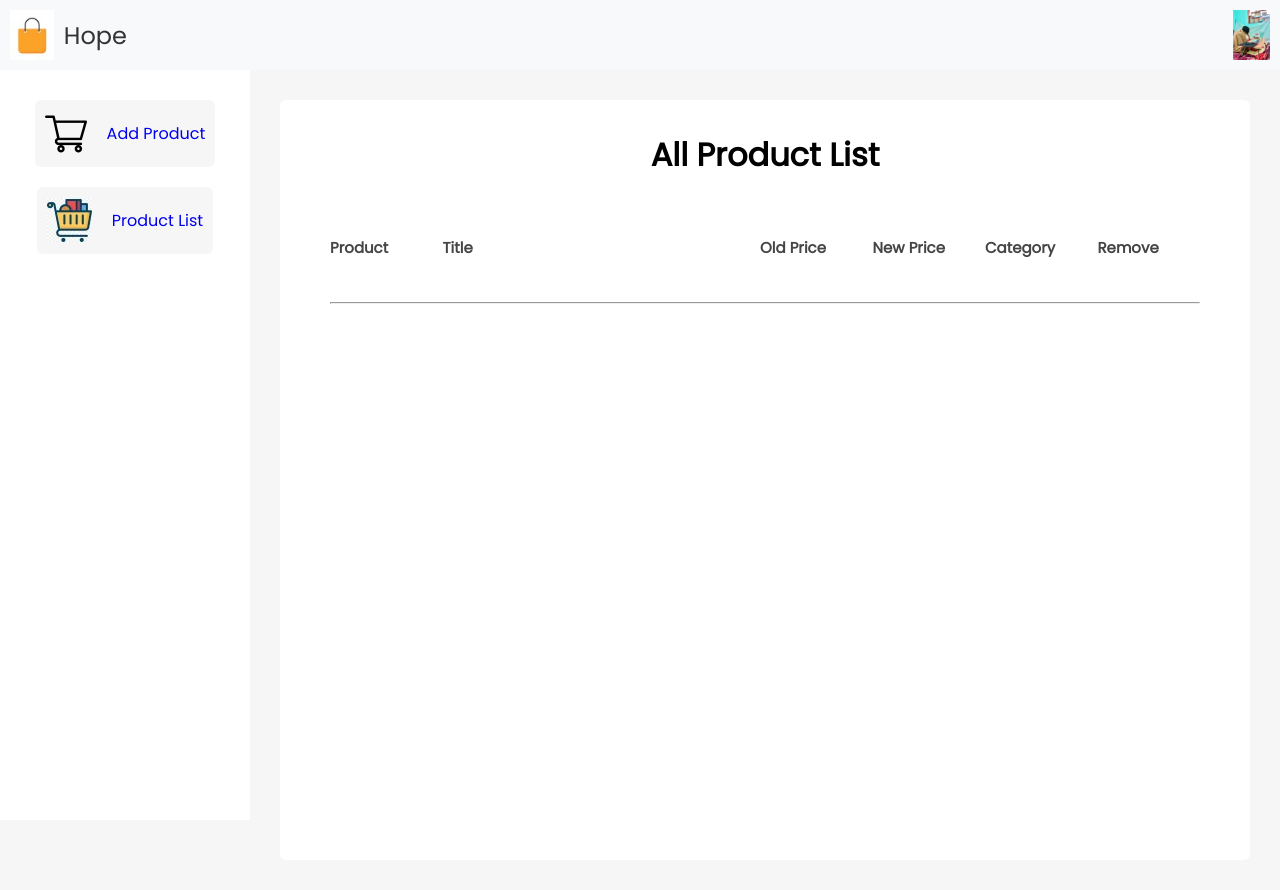
Repository: ititiu20201/Shopping-Online
Page: /listproduct (app in admin/)
The author's editor kept a copy of each file at every save. The page is drawn from the files as they stood at one save, then again after a run of saves.
The browser window is 1280 px wide. The pictures show the whole page.
The page's requests for data from a server got no answer. The project was rebuilt for these pictures with package versions that can differ from the ones it lists, and the page was loaded fresh each time. No one was signed in, and anything a server would have sent is missing. Also part of the build but not shown: Admin/vite.config.js, admin/src/Components/Addproduct/Addproduct.css, admin/src/Components/Addproduct/Addproduct.jsx.

Above is the page before, as saved 2024-06-19 02:04:56.

### admin/index.html
<!DOCTYPE html>
<html lang="en">
  <head>
    <meta charset="UTF-8" />
    <link rel="icon" type="image/svg+xml" href="/vite.svg" />
    <link rel="preconnect" href="https://fonts.googleapis.com" />
    <link rel="preconnect" href="https://fonts.gstatic.com" crossorigin />
    <link
      href="https://fonts.googleapis.com/css2?family=Poppins&display=swap"
      rel="stylesheet"
    />
    <meta name="viewport" content="width=device-width, initial-scale=1.0" />
    <title>Admin Panel</title>
  </head>
  <body>
    <div id="root"></div>
    <script type="module" src="/src/main.jsx"></script>
  </body>
</html>

### admin/src/App.jsx
// import { useState } from 'react'
// import reactLogo from './assets/react.svg'
// import viteLogo from '/vite.svg'
// import './App.css'
//import React from 'react'
import Navbar from "./Components/Navbar/Navbar";
import Admin from "./Pages/Admin/Admin";

const App = () => {
  return (
    <div>
      <Navbar />
      <Admin />
    </div>
  );
};
export default App;

### admin/src/index.css
body {
  margin: 0;
  font-family: "Poppins";
  background-color: #f6f6f6;
  height: 100vh;
}

### admin/src/Components/Navbar/Navbar.jsx
import "./Navbar.css";
import navlogo from "../../assets/Screenshot 2024-06-18 at 18.22.25.jpg";
import navProfile from "../../assets/Huy ngu.jpg";

const Navbar = () => {
  return (
    <div className="navbar">
      <img src={navlogo} alt="Logo" className="nav-logo" />
      <p>Hope</p>
      <img src={navProfile} alt="Profile" className="nav-profile" />
    </div>
  );
};

export default Navbar;

### admin/src/Pages/Admin/Admin.jsx
import "./Admin.css";
import Sidebar from "../../Components/Sidebar/Sidebar";
import { Routes, Route } from "react-router-dom";
import Addproduct from "../../Components/Addproduct/Addproduct";
import Listproduct from "../../Components/Listproduct/Listproduct";

const Admin = () => {
  return (
    <div className="admin">
      <Sidebar />
      <Routes>
        <Route path="/addproduct" element={<Addproduct />} />
        <Route path="/listproduct" element={<Listproduct />} />
      </Routes>
    </div>
  );
};
export default Admin;

### admin/src/Components/Navbar/Navbar.css
.navbar {
  display: flex;
  align-items: center;
  padding: 10px;
  background-color: #f8f9fa;
}

.nav-logo {
  height: 50px;
  margin-right: 10px;
}

.nav-profile {
  height: 50px;
  margin-left: auto;
}

.navbar p {
  margin: 0;
  font-size: 1.5em;
  color: #333;
}

@media (max-width: 800px) {
  .navbar {
    padding: 15px 30px;
  }

  .nav-logo {
    width: 150px;
  }

  .nav-profile {
    width: 60px;
  }
}

### admin/src/Components/Sidebar/Sidebar.jsx
import "./Sidebar.css";
import { Link } from "react-router-dom";
import add_Product_icon from "../../assets/cart_icon.png";
import list_product_icon from "../../assets/png-clipart-computer-icons-online-shopping-shopping-cart-service-shopping-cart-icon-text-service-thumbnail (2).jpg";

const Sidebar = () => {
  return (
    <div className="sidebar">
      <Link to={"/addproduct"} style={{ textDecoration: "none" }}>
        <div className="sidebar-item">
          <img src={add_Product_icon} alt="" />
          <p>Add Product</p>
        </div>
      </Link>
      <Link to={"/listproduct"} style={{ textDecoration: "none" }}>
        <div className="sidebar-item">
          <img src={list_product_icon} alt="" />
          <p>Product List</p>
        </div>
      </Link>
    </div>
  );
};
export default Sidebar;

### admin/src/Components/Listproduct/Listproduct.jsx
import { useEffect, useState } from "react";
import "./Listproduct.css";
import cross_icon from "../../assets/cart_cross_icon.png";

const Listproduct = () => {
  const [allproducts, setAllProducts] = useState([]);

  const fetchInfo = async () => {
    await fetch("http://localhost:4000/allproducts")
      .then((res) => res.json())
      .then((data) => {
        setAllProducts(data);
      });
  };

  useEffect(() => {
    fetchInfo();
  }, []);

  return (
    <div className="list-product">
      <h1>All Product List</h1>
      <div className="listproduct-format-main">
        <p>Product</p>
        <p>Title</p>
        <p>Old Price</p>
        <p>New Price</p>
        <p>Category</p>
        <p>Remove</p>
      </div>
      <div className="listproduct-allproducts">
        <hr />
        {allproducts.map((product, index) => {
          return (
            <>
              <div
                key={index}
                className="listproduct-format-main listproduct-format"
              >
                <img
                  src={product.image}
                  alt=""
                  className="listproduct-product-icon"
                />
                <p>{product.name}</p>
                <p>${product.old_price}</p>
                <p>${product.new_price}</p>
                <p>{product.category}</p>
                <img
                  className="listproduct-remove-icon"
                  src={cross_icon}
                  alt="Remove"
                />
              </div>
              <hr />
            </>
          );
        })}
      </div>
    </div>
  );
};

export default Listproduct;

### admin/src/Components/Sidebar/Sidebar.css
.sidebar {
  display: flex;
  flex-direction: column;
  padding-top: 30px;
  gap: 20px;
  width: 100%;
  max-width: 250px;
  height: 100vh;
  background: white;
}
.sidebar-item {
  display: flex;
  align-items: center;
  justify-self: center;
  margin: 0px 20px;
  padding: 5px 10px;
  border-radius: 6px;
  background: #f6f6f6;
  gap: 20px;
  cursor: pointer;
}
@media (max-width: 800px) {
  .sidebar {
    padding: 30px 0px;
    flex-direction: row;
    width: 100%;
    max-width: none;
    height: auto;
    justify-content: center;
  }
}

### admin/src/Components/Listproduct/Listproduct.css
.list-product {
  display: flex;
  flex-direction: column;
  align-items: center;
  width: 100%;
  height: 740px;
  padding: 10px 50px;
  margin: 30px;
  border-radius: 6px;
  background: white;
}

.listproduct-format-main {
  display: grid;
  grid-template-columns: 1fr 3fr 1fr 1fr 1fr 1fr;
  gap: 10px;
  width: 100%;
  padding: 20px 0px;
  color: #454545;
  font-size: 15px;
  font-weight: 600;
}

.listproduct-format {
  align-items: center;
  font-weight: 500;
}

.listproduct-product-icon {
  height: 80px;
}

.listproduct-remove-icon {
  height: 24px; /* Adjust the height */
  width: 24px; /* Adjust the width */
  cursor: pointer;
  margin: auto;
}

.listproduct-allproducts {
  overflow-y: auto;
  height: 500px; /* Adjust the height as needed */
  width: 100%; /* Ensure the width fits within the container */
}

@media (max-width: 800px) {
  .list-product {
    box-sizing: border-box;
    width: 95%;
    height: 100%;
    padding: 10px 30px;
    margin: 20px auto;
  }
  .listproduct-format-main {
    padding: 15px 0px;
    color: #454545;
    font-size: 12px;
  }
  .listproduct-product-icon {
    height: 60px;
  }
}

Loaded but not shown: admin/src/main.jsx (common file); admin/src/Pages/Admin/Admin.css (common file)

After the next 3 saves:
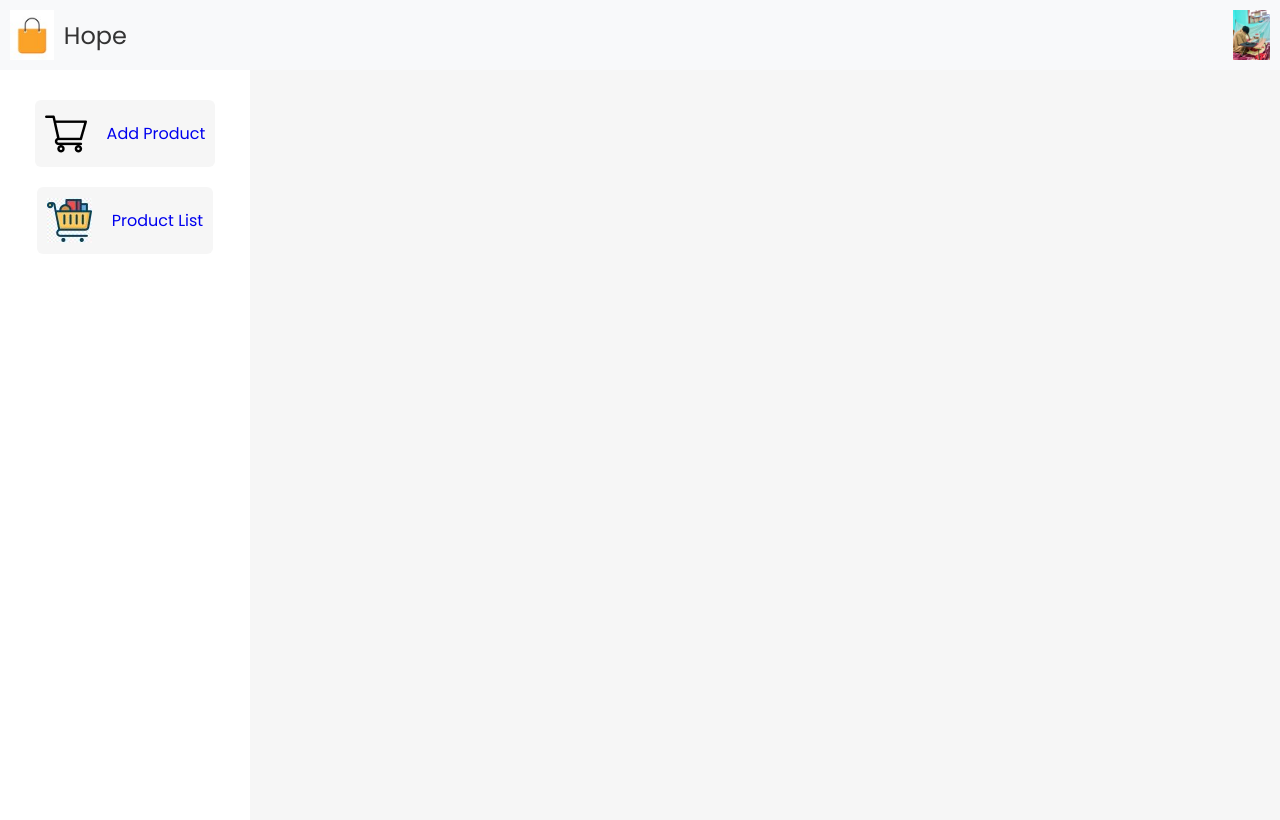
The 3 saves are shown as one change because 2 did not build or start.
The last was saved 8 min 41 s later.
--- a/admin/src/Components/Listproduct/Listproduct.jsx
+++ b/admin/src/Components/Listproduct/Listproduct.jsx
@@ -17,48 +17,63 @@
     fetchInfo();
   }, []);
 
-  return (
-    <div className="list-product">
-      <h1>All Product List</h1>
-      <div className="listproduct-format-main">
-        <p>Product</p>
-        <p>Title</p>
-        <p>Old Price</p>
-        <p>New Price</p>
-        <p>Category</p>
-        <p>Remove</p>
+  const remove_product = async () => {
+    await fetch("http://localhost/4000/removeproduct", {
+      method: "POST",
+      header: {
+        Accept: "application/json",
+        "content-Type": "application/json",
+      },
+      body: JSON.stringify({ id: id }),
+    });
+
+    await fetchInfo();
+
+    return (
+      <div className="list-product">
+        <h1>All Product List</h1>
+        <div className="listproduct-format-main">
+          <p>Product</p>
+          <p>Title</p>
+          <p>Old Price</p>
+          <p>New Price</p>
+          <p>Category</p>
+          <p>Remove</p>
+        </div>
+        <div className="listproduct-allproducts">
+          <hr />
+          {allproducts.map((product, index) => {
+            return (
+              <>
+                <div
+                  key={index}
+                  className="listproduct-format-main listproduct-format"
+                >
+                  <img
+                    src={product.image}
+                    alt=""
+                    className="listproduct-product-icon"
+                  />
+                  <p>{product.name}</p>
+                  <p>${product.old_price}</p>
+                  <p>${product.new_price}</p>
+                  <p>{product.category}</p>
+                  <img
+                    onClick={() => {
+                      remove_product(product.id);
+                    }}
+                    className="listproduct-remove-icon"
+                    src={cross_icon}
+                    alt="Remove"
+                  />
+                </div>
+                <hr />
+              </>
+            );
+          })}
+        </div>
       </div>
-      <div className="listproduct-allproducts">
-        <hr />
-        {allproducts.map((product, index) => {
-          return (
-            <>
-              <div
-                key={index}
-                className="listproduct-format-main listproduct-format"
-              >
-                <img
-                  src={product.image}
-                  alt=""
-                  className="listproduct-product-icon"
-                />
-                <p>{product.name}</p>
-                <p>${product.old_price}</p>
-                <p>${product.new_price}</p>
-                <p>{product.category}</p>
-                <img
-                  className="listproduct-remove-icon"
-                  src={cross_icon}
-                  alt="Remove"
-                />
-              </div>
-              <hr />
-            </>
-          );
-        })}
-      </div>
-    </div>
-  );
+    );
+  };
 };
-
 export default Listproduct;

After the save that followed:
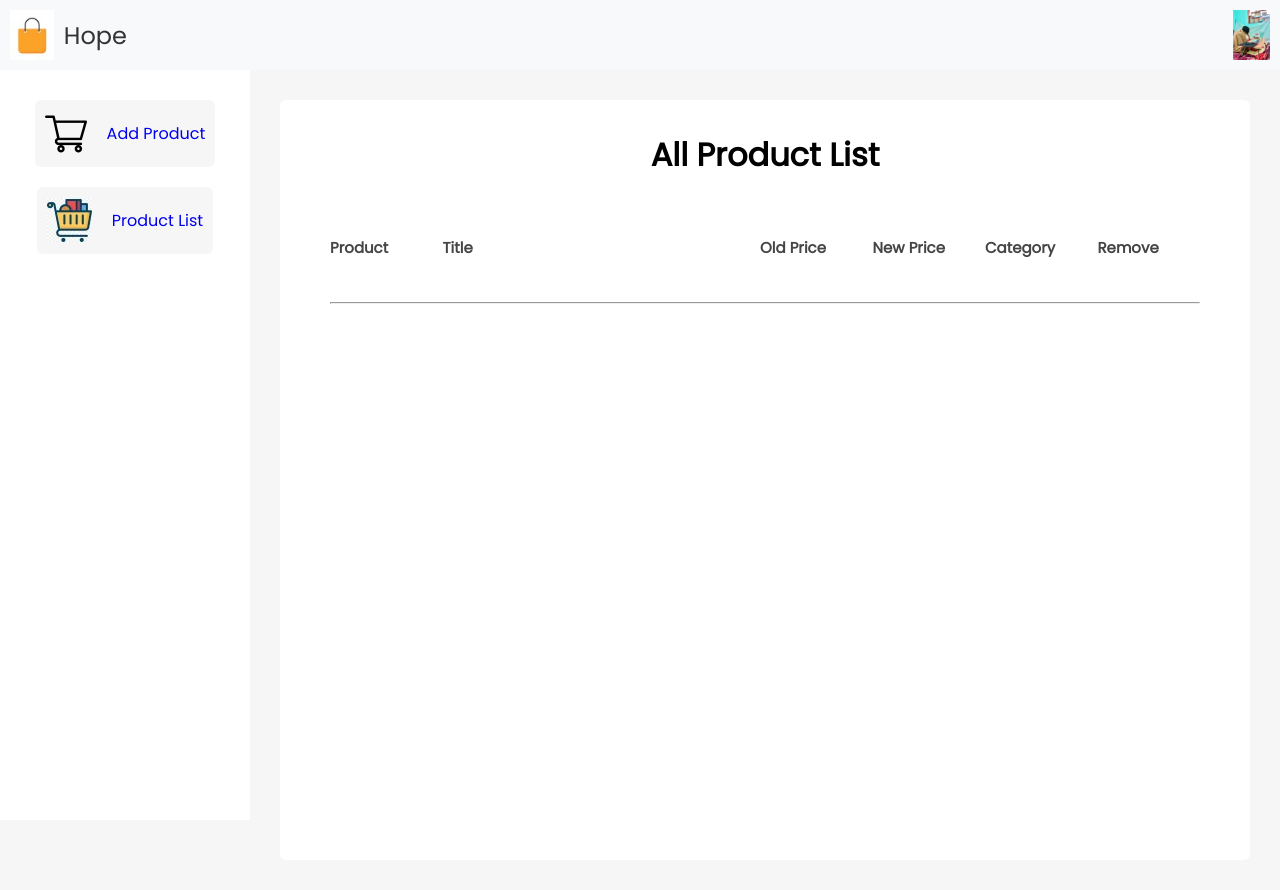
Saved 3 min 24 s later.
--- a/admin/src/Components/Listproduct/Listproduct.jsx
+++ b/admin/src/Components/Listproduct/Listproduct.jsx
@@ -17,63 +17,58 @@
     fetchInfo();
   }, []);
 
-  const remove_product = async () => {
-    await fetch("http://localhost/4000/removeproduct", {
+  const remove_product = async (id) => {
+    await fetch("http://localhost:4000/removeproduct", {
       method: "POST",
-      header: {
+      headers: {
         Accept: "application/json",
-        "content-Type": "application/json",
+        "Content-Type": "application/json",
       },
       body: JSON.stringify({ id: id }),
     });
 
     await fetchInfo();
+  };
 
-    return (
-      <div className="list-product">
-        <h1>All Product List</h1>
-        <div className="listproduct-format-main">
-          <p>Product</p>
-          <p>Title</p>
-          <p>Old Price</p>
-          <p>New Price</p>
-          <p>Category</p>
-          <p>Remove</p>
-        </div>
-        <div className="listproduct-allproducts">
-          <hr />
-          {allproducts.map((product, index) => {
-            return (
-              <>
-                <div
-                  key={index}
-                  className="listproduct-format-main listproduct-format"
-                >
-                  <img
-                    src={product.image}
-                    alt=""
-                    className="listproduct-product-icon"
-                  />
-                  <p>{product.name}</p>
-                  <p>${product.old_price}</p>
-                  <p>${product.new_price}</p>
-                  <p>{product.category}</p>
-                  <img
-                    onClick={() => {
-                      remove_product(product.id);
-                    }}
-                    className="listproduct-remove-icon"
-                    src={cross_icon}
-                    alt="Remove"
-                  />
-                </div>
-                <hr />
-              </>
-            );
-          })}
-        </div>
+  return (
+    <div className="list-product">
+      <h1>All Product List</h1>
+      <div className="listproduct-format-main">
+        <p>Product</p>
+        <p>Title</p>
+        <p>Old Price</p>
+        <p>New Price</p>
+        <p>Category</p>
+        <p>Remove</p>
       </div>
-    );
-  };
+      <div className="listproduct-allproducts">
+        <hr />
+        {allproducts.map((product, index) => (
+          <div
+            key={index}
+            className="listproduct-format-main listproduct-format"
+          >
+            <img
+              src={product.image}
+              alt=""
+              className="listproduct-product-icon"
+            />
+            <p>{product.name}</p>
+            <p>${product.old_price}</p>
+            <p>${product.new_price}</p>
+            <p>{product.category}</p>
+            <img
+              onClick={() => remove_product(product.id)}
+              className="listproduct-remove-icon"
+              src={cross_icon}
+              alt="Remove"
+            />
+            <hr />
+          </div>
+        ))}
+      </div>
+    </div>
+  );
 };
+
 export default Listproduct;
